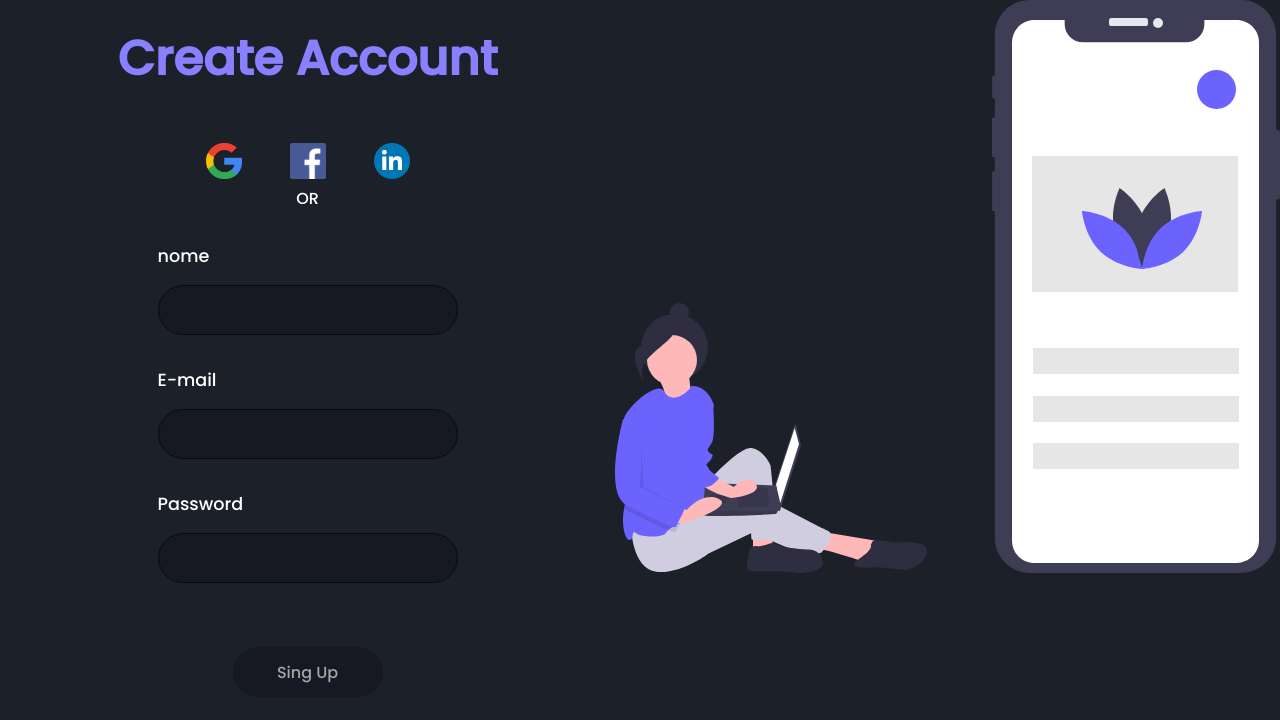
Repository: daniel-victorr/Cadastro
Page: login.html
An editor plug-in stored every save of this project. The page is shown before and after the next save, followed by the edit.
The browser window is 1280 px wide. The pictures show the whole page.

Above is the page before, as saved 2022-02-17 16:40:44.

After the next save:
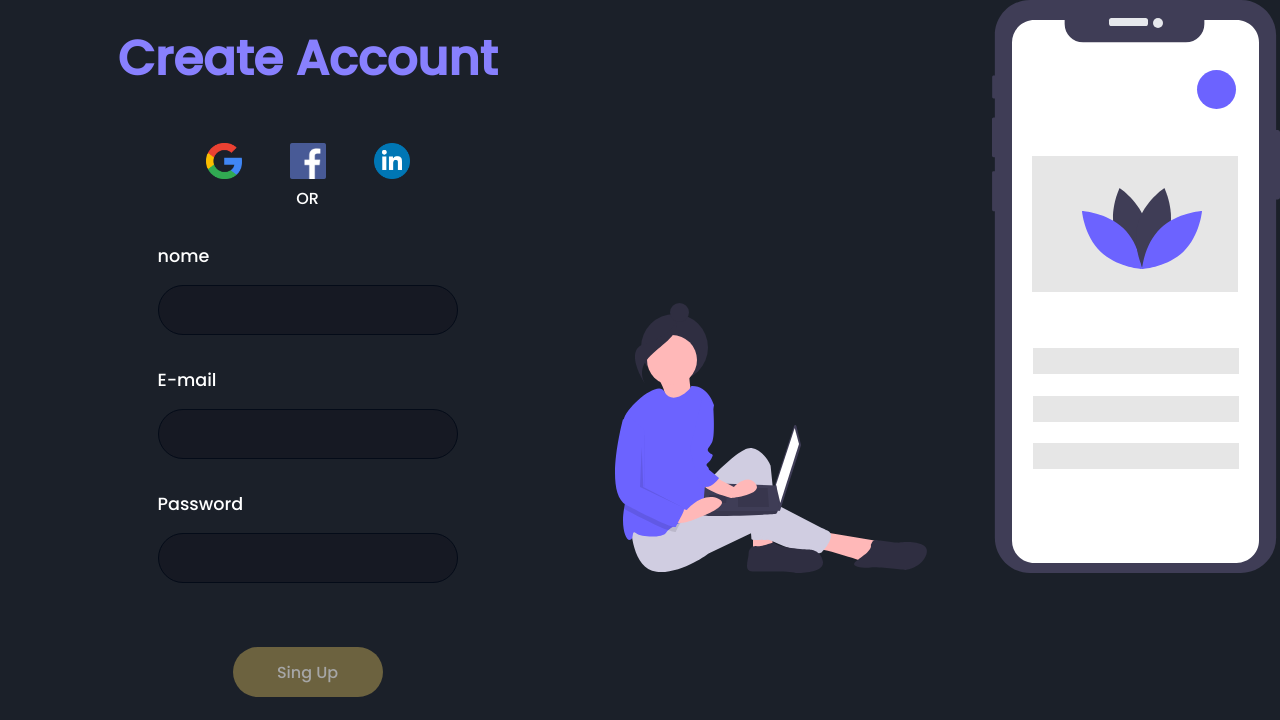
Saved 5 s later.
--- a/Cadastro.css
+++ b/Cadastro.css
@@ -85,5 +85,5 @@ main form input[type="submit"]{
     margin-top: 4rem;
     border: none;
     border-radius:32px;
-    background: #6C623FF;
+    background: #6C623FFF;
 }
